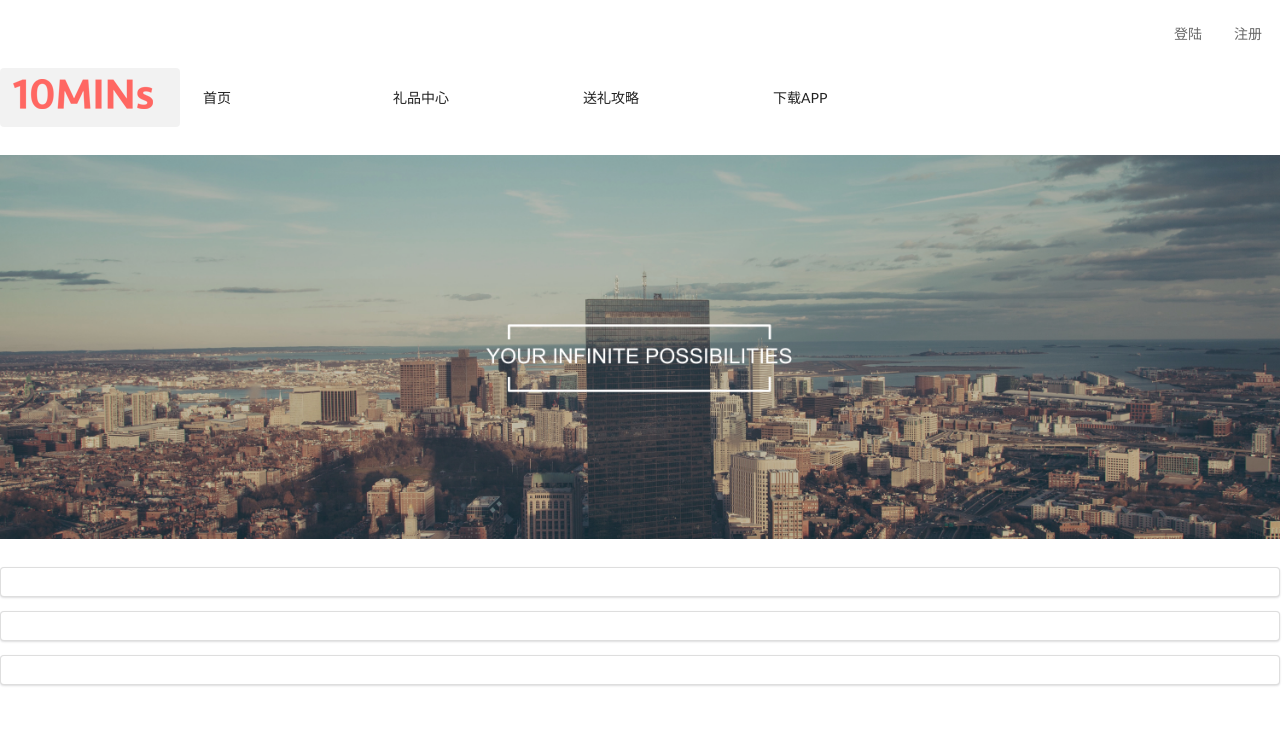
Repository: RemeoJenius/JAVA-EEwork
Page: http://localhost/web-second/main.jsp
The author's editor kept a copy of each file at every save. The page is drawn from the files as they stood at one save, then again after the next save.
The browser window is 1280 px wide. The page is 1287 px wide, so the pictures cover 1287 px, including what lies to the right of the window. The pictures show the whole page.
The page is served by Tomcat 9. Nobody is signed in. The application's start-up code is not run.

Above is the page before, as saved 2016-09-25 23:51:35.

After the next save:
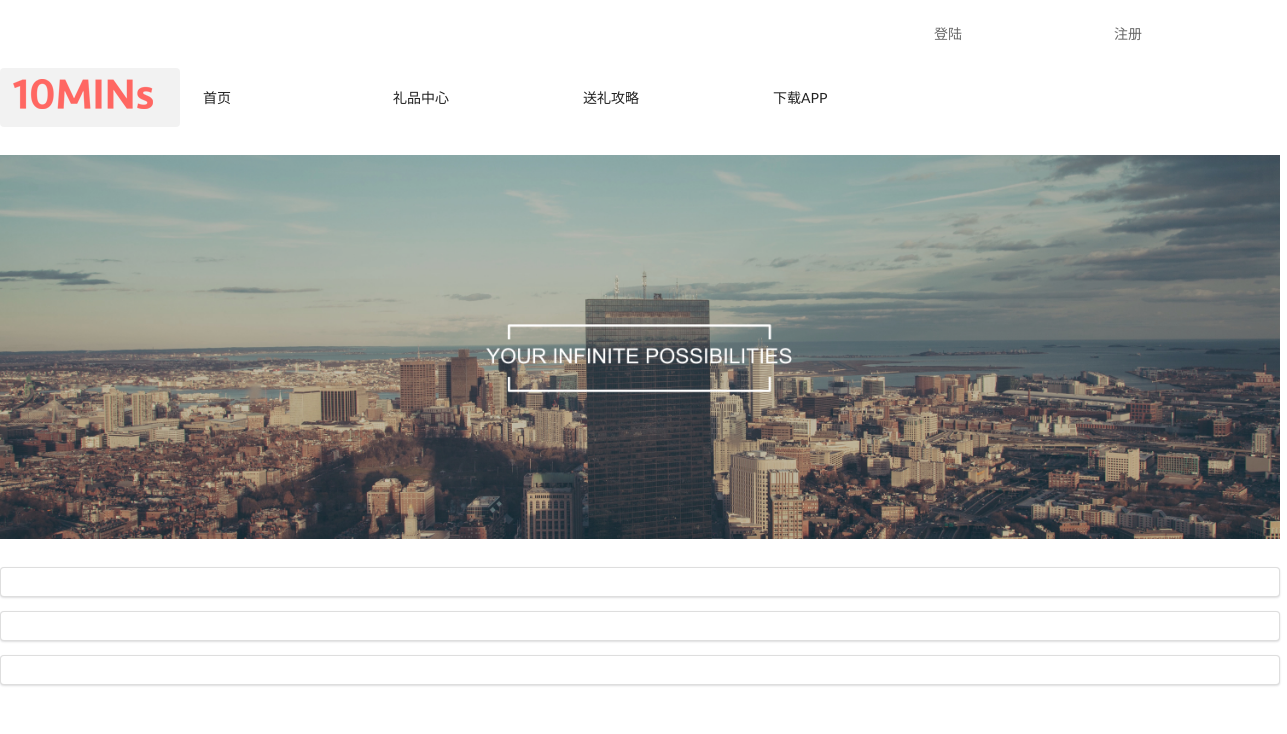
Saved 102 s later.
--- a/web-second/src/main/webapp/second/css/main.css
+++ b/web-second/src/main/webapp/second/css/main.css
@@ -1,7 +1,7 @@
 .ui.menu a{
     width: 180px;
 }
-.right.menu a{
+.right.menu item{
     width: 60px;
 }
 .ui.primary.button.denglv {

After the 2 saves that followed:
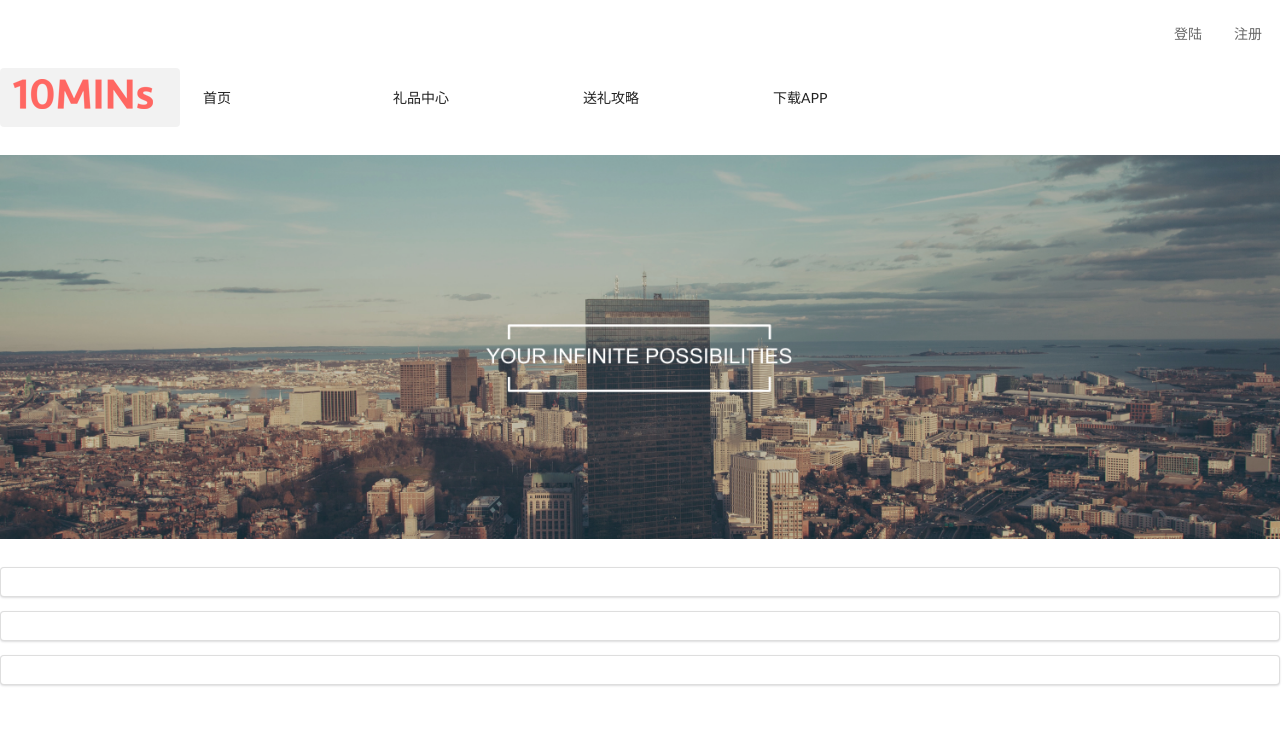
The 2 saves are shown as one change because 1 left the picture as it was.
The last was saved 2 min 37 s later.
--- a/web-second/src/main/webapp/second/css/main.css
+++ b/web-second/src/main/webapp/second/css/main.css
@@ -1,7 +1,7 @@
 .ui.menu a{
     width: 180px;
 }
-.right.menu item{
+.right.menu a{
     width: 60px;
 }
 .ui.primary.button.denglv {
